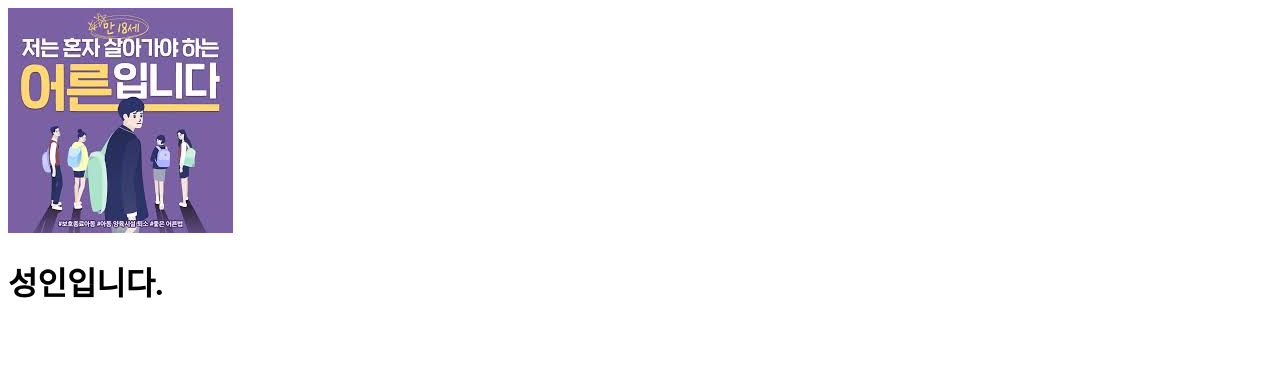
Repository: eyonghwan/jsp_practice
Page: http://localhost/JSPBasic/JspObject/4.objecttest/bus_adult.jsp
An editor plug-in stored every save of this project. The page is shown before and after the next save, followed by the edit.
The browser window is 1280 px wide. The pictures show the whole page.
The page is served by Tomcat 9.

Above is the page before, as saved 2022-02-07 05:33:12.

After the next save:
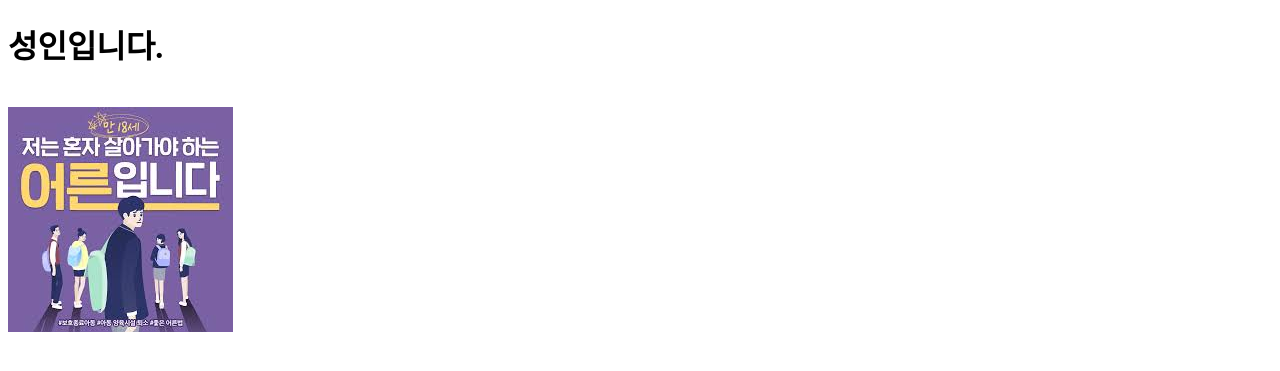
Saved 3 min 24 s later.
--- a/JSPBasic/src/main/webapp/JspObject/4.objecttest/bus_adult.jsp
+++ b/JSPBasic/src/main/webapp/JspObject/4.objecttest/bus_adult.jsp
@@ -7,7 +7,7 @@
 <title>성인</title>
 </head>
 <body>
-	<img src="repository/adult.jpg"><br/>
-	<h1>성인입니다.</h1>
+	<h1>성인입니다.</h1><br/>
+	<img src="repository/adult.jpg">
 </body>
 </html>
